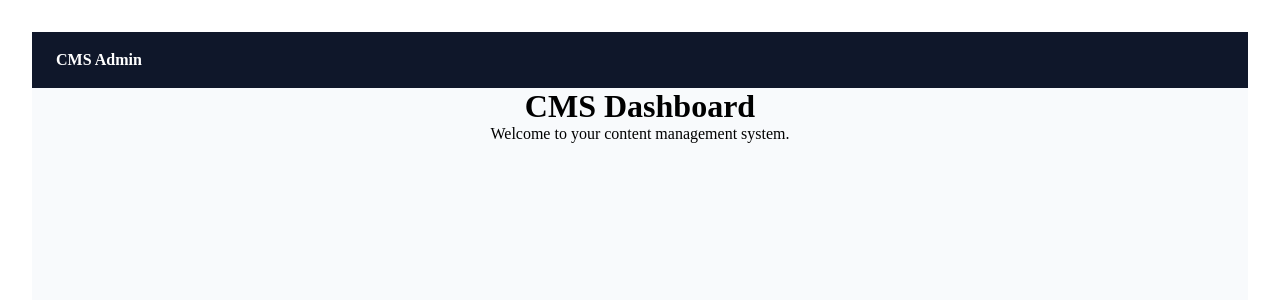
Repository: rajendratamang/react-dashboard
Page: /posts
The author's editor kept a copy of each file at every save. The page is drawn from the files as they stood at one save, then again after the next save.
The browser window is 1280 px wide. The pictures show the whole page.
The project was rebuilt for these pictures with package versions that can differ from the ones it lists, and the page was loaded fresh each time. Also part of the build but not shown: vite.config.ts.

Above is the page before, as saved 2026-01-16 20:16:19.

### src/App.tsx
import { useState } from 'react'
import './App.css'
import Dashboard from './pages/Dashboard'
import MainLayout from './layouts/MainLayout'

function App() {


  return (
    <MainLayout>
      <Dashboard />
    </MainLayout>
  )
}

export default App

### src/index.css
* {
  margin: 0;
  padding: 0;
  box-sizing: border-box;
}

html, body, #root {
  height: 100%;
  width: 100%;
}

### src/pages/Dashboard.tsx
export default function Dashboard() {
  return (
    <div>
      <h1>CMS Dashboard</h1>
      <p>Welcome to your content management system.</p>
    </div>
  );
}

### src/layouts/MainLayout.tsx
import { ReactNode } from "react";

type MainLayoutProps = {
  children: ReactNode;
};

export default function MainLayout({ children }: MainLayoutProps) {
  return (
    <div
      style={{
        height: "100%",
        width: "100%",
        display: "flex",
        flexDirection: "column"
      }}
    >
      <header
        style={{
          height: "56px",
          width: "100%",
          backgroundColor: "#0f172a",
          color: "#ffffff",
          display: "flex",
          alignItems: "center",
          paddingLeft: "24px",
          fontWeight: 600
        }}
      >
        CMS Admin
      </header>

      <div
        style={{
          flex: 1,
          width: "100%",
          backgroundColor: "#f8fafc",
          overflow: "auto"
        }}
      >
        {children}
      </div>
    </div>
  );
}

Loaded but not shown: index.html (common file); src/main.tsx (common file); src/App.css (common file)

After the next save:
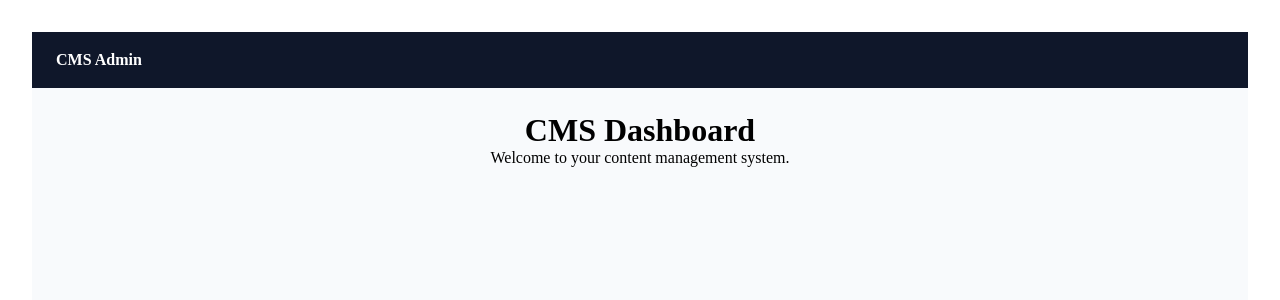
Saved 11 s later.
--- a/src/pages/Dashboard.tsx
+++ b/src/pages/Dashboard.tsx
@@ -1,6 +1,6 @@
 export default function Dashboard() {
   return (
-    <div>
+    <div style={{ padding: "24px" }}>
       <h1>CMS Dashboard</h1>
       <p>Welcome to your content management system.</p>
     </div>
